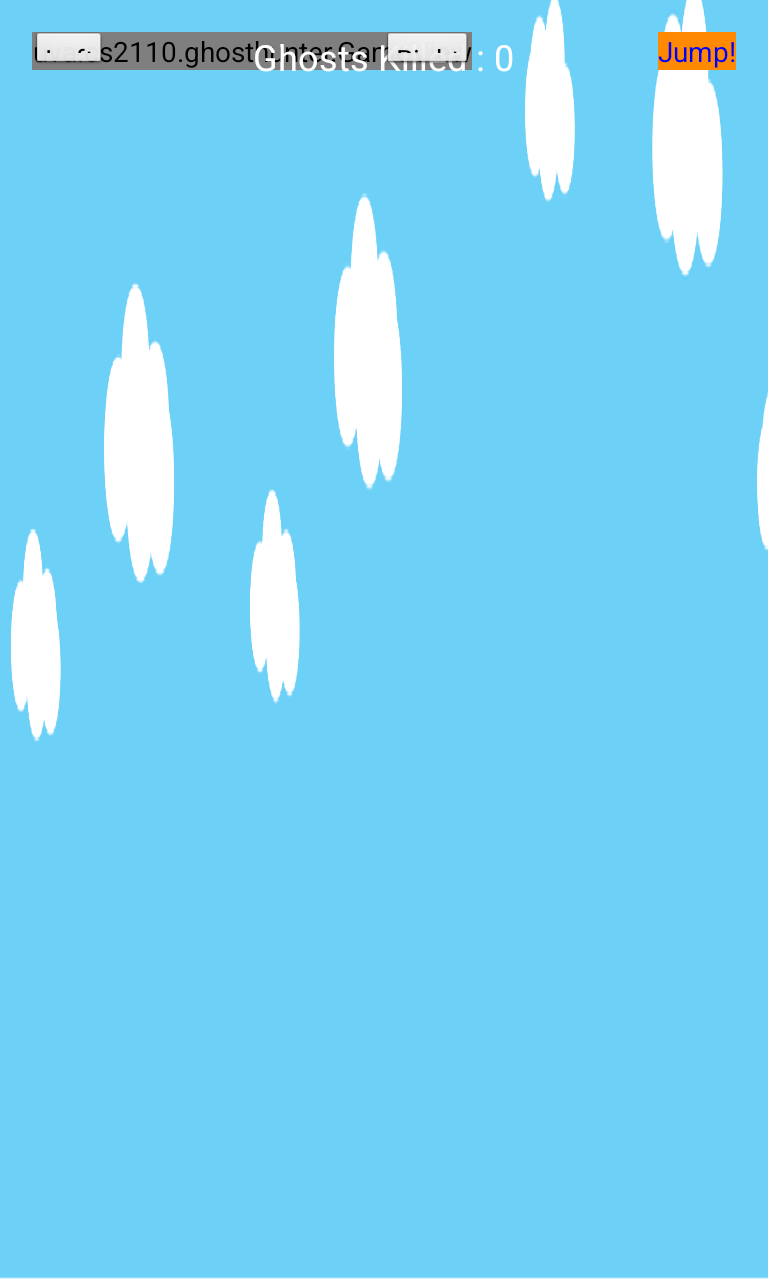
Repository: Daniel-Hoerauf/Ghost-Hunter
Layout: GhostHunter/res/layout/game_main.xml
An editor plug-in stored every save of this project. The layout is shown before and after the next save, followed by the edit.
Pictures or frames that could not be fetched are drawn as grey boxes. It is drawn on a 768 x 1280 px phone screen (xhdpi) without system bars, with theme AppTheme; the app's code is not run.

Above is the layout before, as saved 2014-12-01 23:22:52.

After the next save:
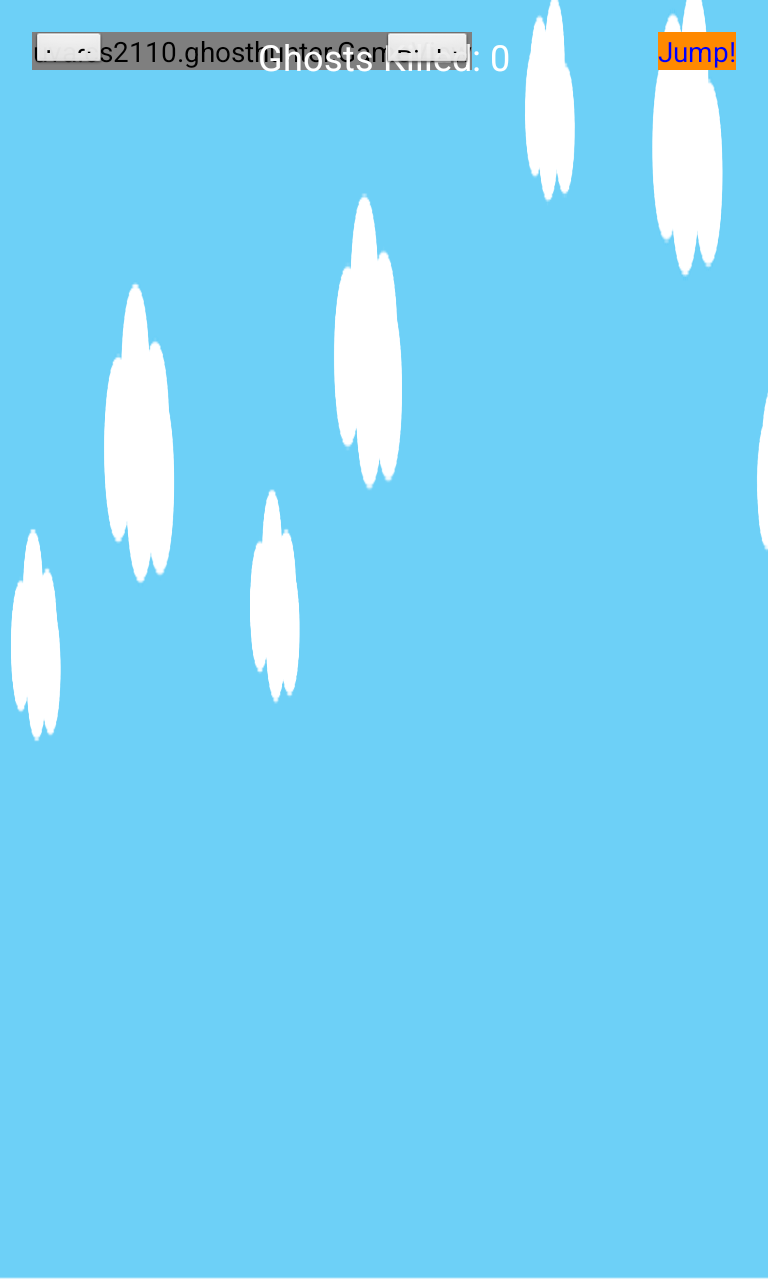
Saved 9 s later.
--- a/GhostHunter/res/layout/game_main.xml
+++ b/GhostHunter/res/layout/game_main.xml
@@ -41,7 +41,7 @@
         android:layout_height="wrap_content"
         android:layout_alignParentTop="true"
         android:layout_centerHorizontal="true"
-        android:text="Ghosts Killed : 0"
+        android:text="@string/empty_scoreboard"
         android:textAppearance="?android:attr/textAppearanceMedium" />
 
     <Button
